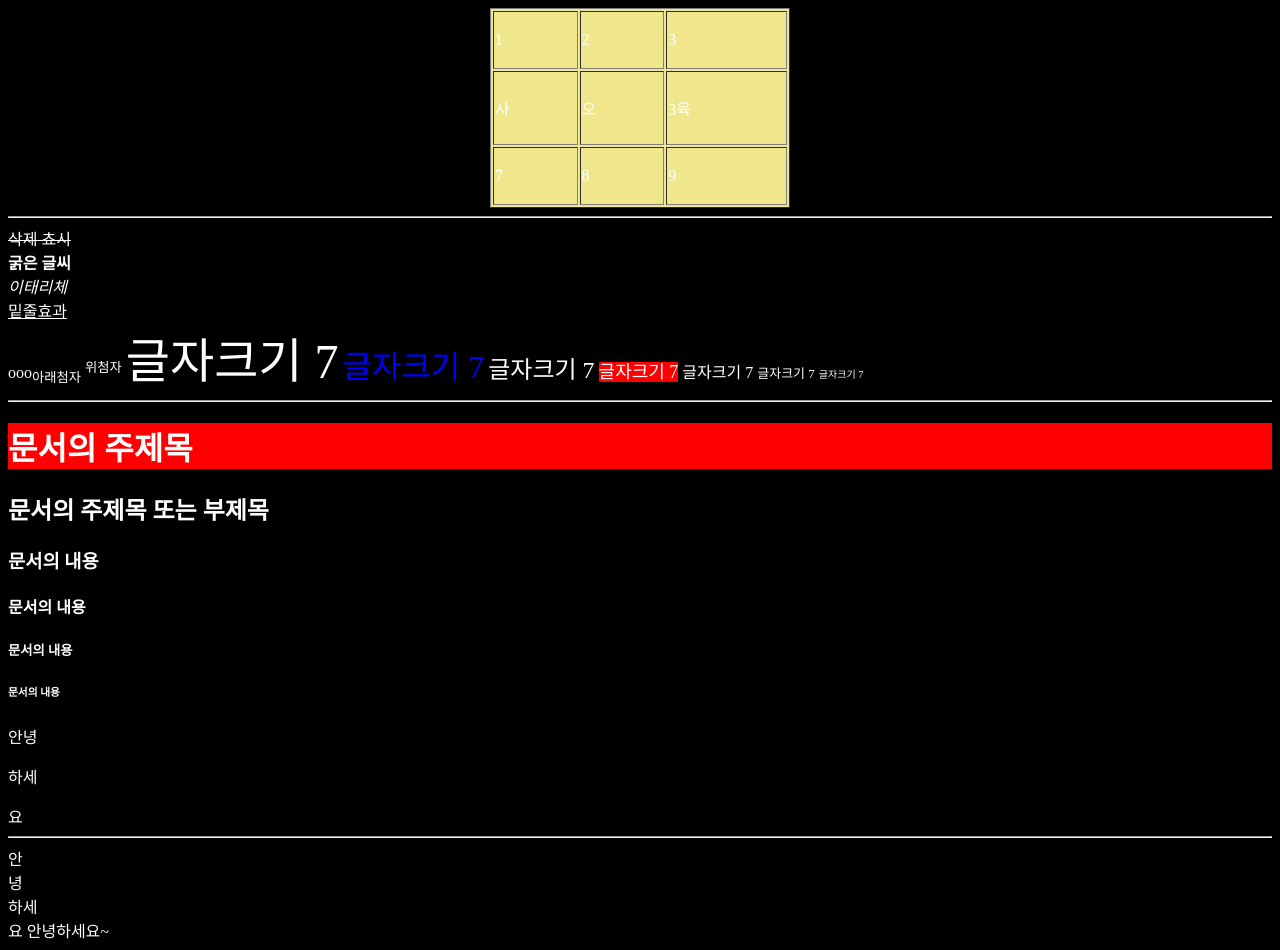
Repository: sjh86/html-day01
Page: html/day01.html
These files come from the project's save history. The page is drawn as it stood at one moment and after the next save; the edit follows.
The browser window is 1280 px wide. The pictures show the whole page.

Above is the page before, as saved 2021-10-04 05:24:19.

After the next save:
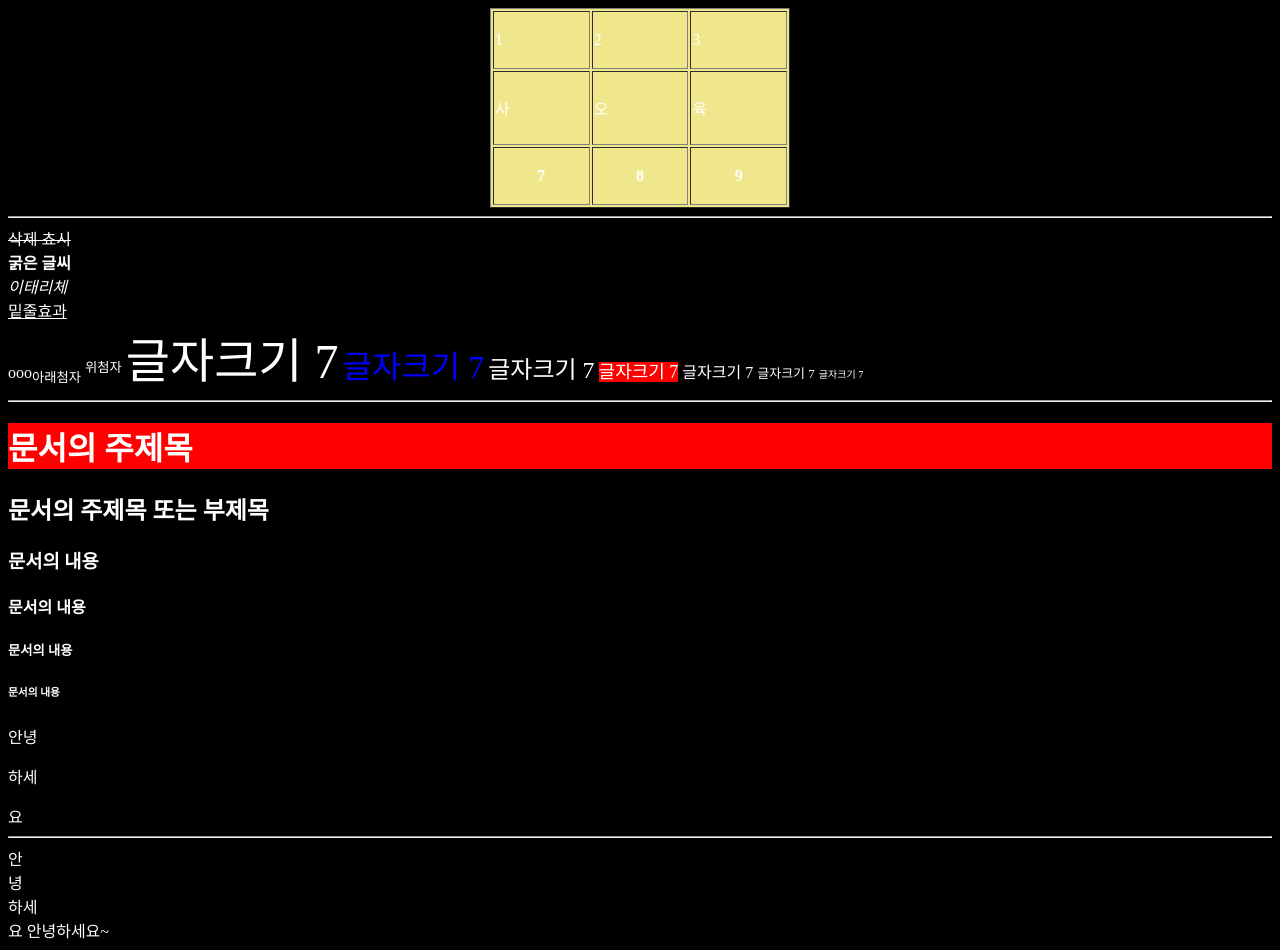
Saved 42 s later.
--- a/html/day01.html
+++ b/html/day01.html
@@ -11,10 +11,10 @@
 		<td>1</td><td>2</td><td>3</td>
 	</tr>
 	<tr>
-		<td>사</td><td>오</td><td>3육</td>
+		<td>사</td><td>오</td><td>육</td>
 	</tr>
 	<tr>
-		<td>7</td><td>8</td><td>9</td>
+		<th>7</th><th>8</th><th>9</th>
 	</tr>
 </table>
 
